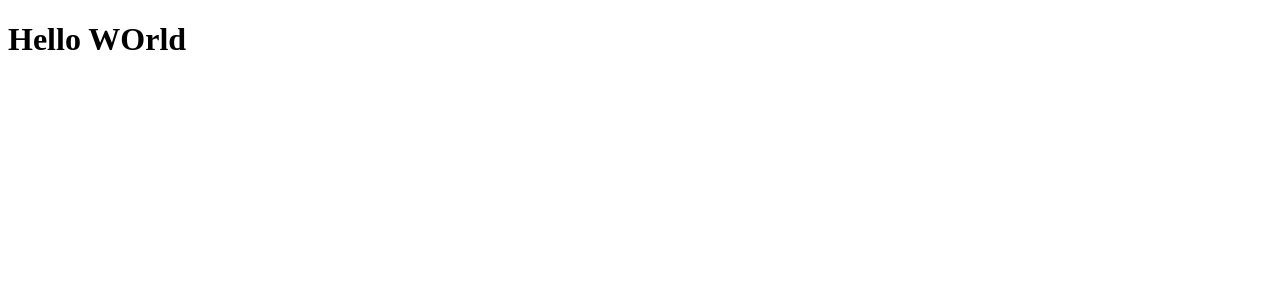
Repository: brianokanga/modern-javascript
Page: project/index.html
These files come from the project's save history. The page is drawn as it stood at one moment and after the next save; the edit follows.
The browser window is 1280 px wide. The pictures show the whole page.

Above is the page before, as saved 2020-03-27 15:03:40.

### project/index.html
<!DOCTYPE html>
<html lang="en">
<head>
    <meta charset="UTF-8">
    <meta name="viewport" content="width=device-width, initial-scale=1.0">
    <title>Document</title>
</head>
<body>
    <h1>Hello WOrld</h1>
</body>
</html>

After the next save:
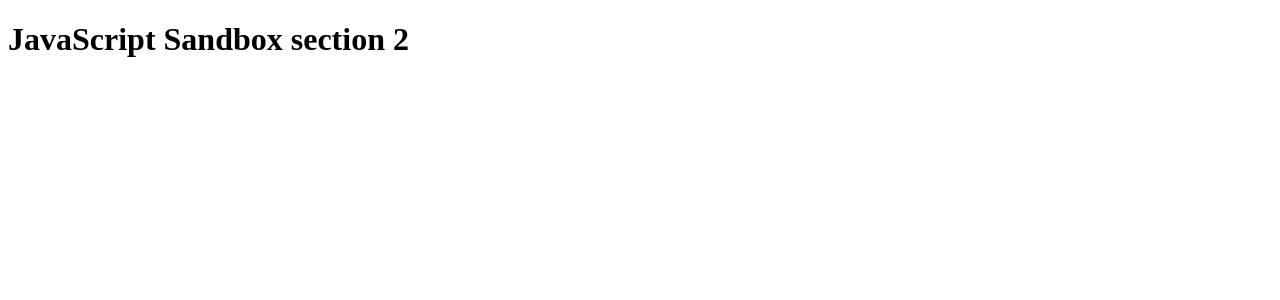
Saved 2 min 39 s later.
--- a/project/index.html
+++ b/project/index.html
@@ -3,9 +3,9 @@
 <head>
     <meta charset="UTF-8">
     <meta name="viewport" content="width=device-width, initial-scale=1.0">
-    <title>Document</title>
+    <title>JavaScript section 2</title>
 </head>
 <body>
-    <h1>Hello WOrld</h1>
+    <h1>JavaScript Sandbox section 2</h1>
 </body>
 </html>
